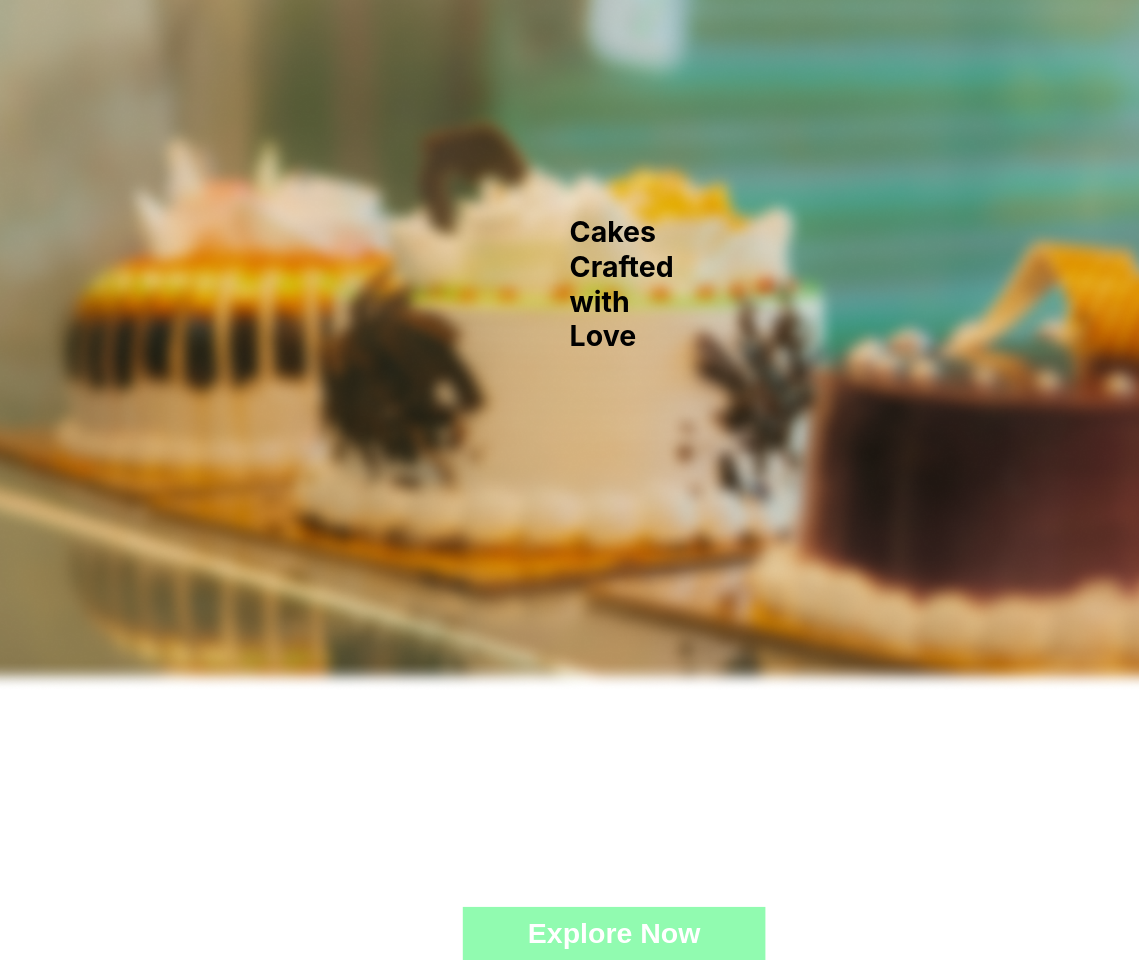
Repository: MEROO1010/cake-box-website
Page: / (app in Cake_box/cake_website/cake_frontend/)
These files come from the project's save history. The page is drawn as it stood at one moment and after the next save; the edit follows.
The browser window is 1280 px wide. The pictures show the whole page, at 89% of full size.
The project was rebuilt for these pictures with package versions that can differ from the ones it lists, and the page was loaded fresh each time.

Above is the page before, as saved 2024-10-22 12:12:05.

After the next save:
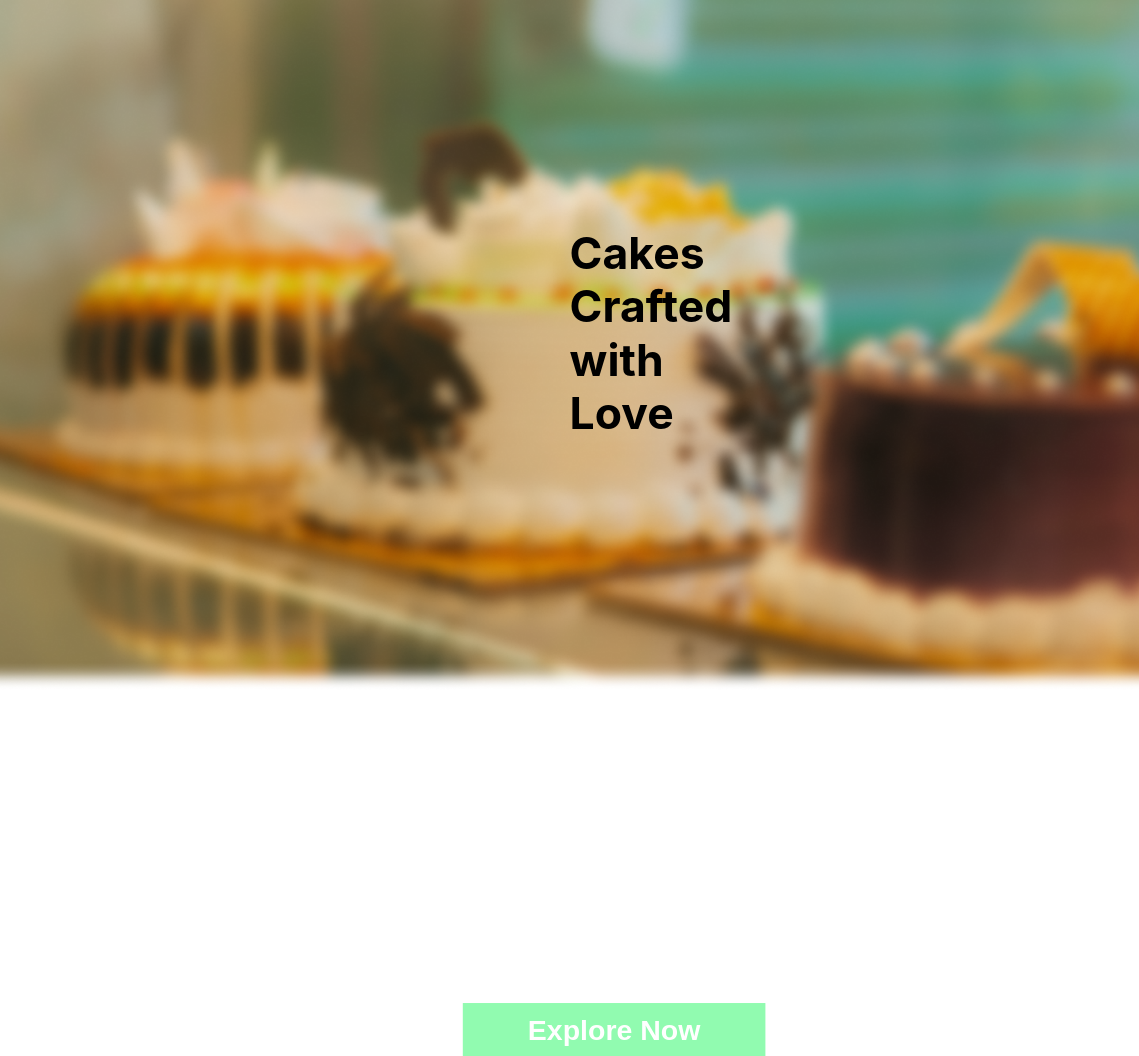
Saved 38 s later.
--- a/Cake_box/cake_website/cake_frontend/src/components/HomePage/Homepage.jsx
+++ b/Cake_box/cake_website/cake_frontend/src/components/HomePage/Homepage.jsx
@@ -27,6 +27,7 @@ const Container = styled.div `
 
    h1{
     color:black;
+    font-size:50px;
     padding-top:40px;
     bottom:600px;
     margin-left:640px;
